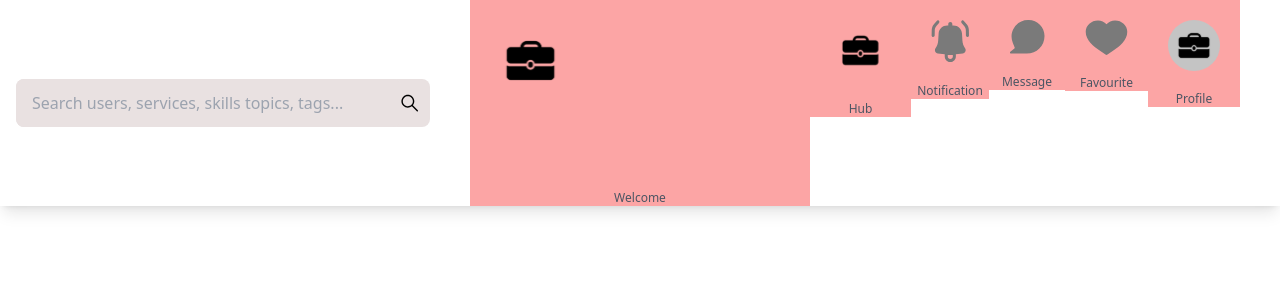
Repository: hisreal123/Consultarer
Page: /
The author's editor kept a copy of each file at every save. The page is drawn from the files as they stood at one save, then again after the next save.
The browser window is 1280 px wide. The pictures show the whole page.
The project was rebuilt for these pictures with package versions that can differ from the ones it lists, and the page was loaded fresh each time. The framework's server and built-in components were replaced by stand-ins that run in the browser. Also part of the build but not shown: next.config.js, webpack.config.js.

Above is the page before, as saved 2022-04-19 16:39:46.

### pages/index.js
import Head from "next/head";
import Image from "next/image";
import { TopNav } from "../components/TopNav/TopNav";

export default function Home() {
  return (
    <div className="">
      <Head>
        <title>Create Next App</title>
        <meta name="description" content="Generated by create next app" />
        <link rel="icon" href="/favicon.ico" />
      </Head>

      <main>
        <TopNav />
      </main>
    </div>
  );
}

### components/TopNav/TopNav.js
import Link from "next/link";
import React from "react";
import NavItems from "./NavItems";
import Logo from "../svgs/jpegLogo.jpg";

// svg-icons
import Briefcase from "../svgs/briefcase.svg";
import Hub from "../svgs/ash-02.svg";
import Bell from "../svgs/bell.svg";
import Msg from "../svgs/msg.svg";
import Fav from "../svgs/fav.svg";
import Profile from "../svgs/unsplash_x9cXI2eQLBw.svg";
import Search from "./Search";
import Image from "next/image";

export const TopNav = () => {
  const IcconStyle = "text-[28px]";

  return (
    <div className=" shadow-lg max-h-[100]">
      <div className=" relative container mx-auto flex items-center w-screen  justify-between">
        <div className="logo relative  bg-red-700">
          <Image
            src={Logo}
            layout="fill"
            alt="logo "
            width="100"
            height="100"
          />
        </div>
        {/* Search Comonent */}

        <Search widthStyle="w-[603px] ml-4 hover:text-green-400" />

        {/* NAv right*/}
        <div className="nav inline-flex text-center flex-1 mx-10 justify-between ">
          <NavItems
            title="Welcome"
            icon={<Briefcase className={IcconStyle} />}
          />
          <NavItems title="Hub" icon={<Hub className={IcconStyle} />} />

          <NavItems
            title="Notification"
            icon={<Bell className={IcconStyle} />}
          />

          <NavItems title="Message" icon={<Msg className={IcconStyle} />} />

          <NavItems title="Favourite" icon={<Fav className={IcconStyle} />} />

          <NavItems title="Profile" icon={<Profile className={IcconStyle} />} />
        </div>
      </div>
    </div>
  );
};

### components/TopNav/NavItems.js
import Link from "next/link";
import React from "react";

const NavItems = ({ title, icon, status }) => {
  return (
    <nav>
      <ul>
        <li>
          <Link href="/#" passHref={true} className="group ">
            <a className="lg:flex lg:flex-col lg:items-center hover:text-black bg-red-300 lg:text-gray-600 lg:text-xs  trasition lg:hover:border-b-2  lg:border-black">
              <span className="hover:text-green block lg:p-5  ">{icon}</span>
              <span className="font-normal hover:scale-105 transition-all">
                {title}

                {status ? "" : " "}
              </span>
            </a>
          </Link>
        </li>
      </ul>
    </nav>
  );
};

export default NavItems;

### components/TopNav/Search.js
import React from "react";
import SearchIcon from "../svgs/search.svg";

const Search = ({widthStyle}) => {
  return (
    <div className={`transition hover:shadow-md  flex items-center  relative bg-[#E9E1E1] justify-between pr-3 rounded-lg group ${widthStyle}` } >
      <input
        type="text"
        name="search"
        id="search"
        placeholder="Search users, services, skills topics, tags... "
        className=" bg-[#E9E1E1] py-3 pl-4 w-full rounded-lg border-0 focus:outline-0 text-gray-600"
      />
      <SearchIcon className='transition hover:scale-105 cursor-pointer  '/>
    </div>
  );
};

export default Search;

Loaded but not shown: pages/_app.js (common file); styles/globals.css (common file); tailwind.config.js (common file)

After the next save:
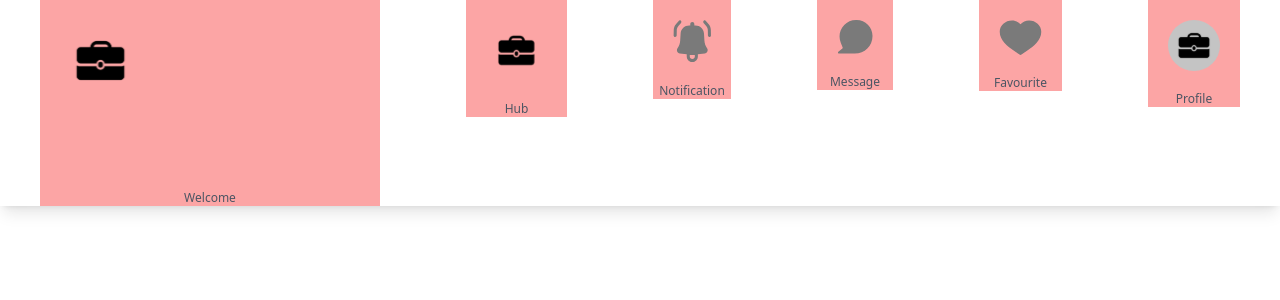
Saved 11 s later.
--- a/components/TopNav/TopNav.js
+++ b/components/TopNav/TopNav.js
@@ -30,7 +30,6 @@
         </div>
         {/* Search Comonent */}
 
-        <Search widthStyle="w-[603px] ml-4 hover:text-green-400" />
 
         {/* NAv right*/}
         <div className="nav inline-flex text-center flex-1 mx-10 justify-between ">
